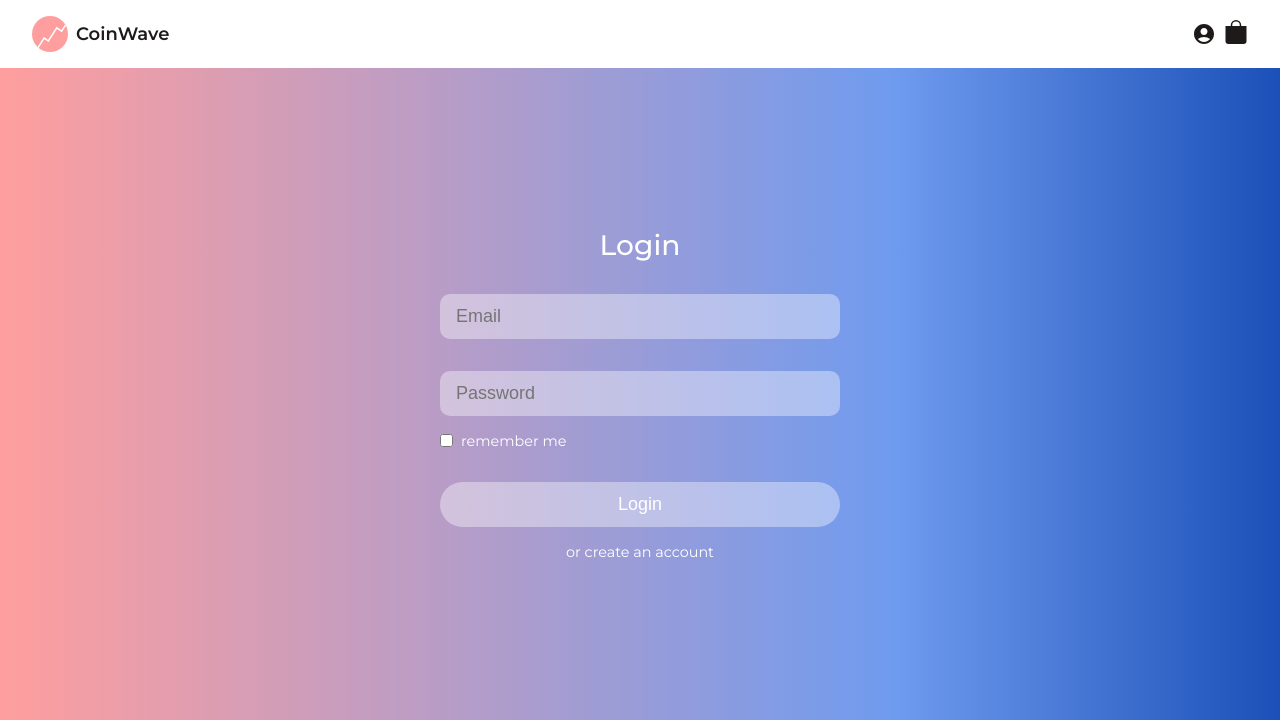
Repository: David-Waite/CoinWave
Page: /login
The author's editor kept a copy of each file at every save. The page is drawn from the files as they stood at one save, then again after the next save.
The browser window is 1280 px wide. The pictures show the whole page.
The project was rebuilt for these pictures with package versions that can differ from the ones it lists, and the page was loaded fresh each time. The framework's server and built-in components were replaced by stand-ins that run in the browser. Also part of the build but not shown: next.config.js, app/components/Footer/Footer.module.css, app/components/Footer/Footer.js.

Above is the page before, as saved 2023-10-04 15:16:10.

### app/layout.js
// layout
import Nav from "./components/Nav/Nav";
import "./globals.css";
import { CartProvider } from "../context/cart";
import { Montserrat } from "next/font/google";
import Footer from "./components/Footer/Footer";
import {
  SessionTokenContext,
  SessionTokenProvider,
} from "@/context/sessionToken";

// font imported by google fonts

const montserrat = Montserrat({ subsets: ["latin"] });
export const metadata = {
  title: "Coin Wave",
  description: "Generated by create next app",
};

// wraps the nav on top of each page
export default function RootLayout({ children }) {
  return (
    <SessionTokenProvider>
      <CartProvider>
        <html lang="en">
          <body className={montserrat.className}>
            <Nav />
            {children}
          </body>
        </html>
      </CartProvider>
    </SessionTokenProvider>
  );
}

### app/login/page.js
"use client";

// login page
import styles from "./login.module.css";
import { useState } from "react";
import { useRouter } from "next/navigation";
import Link from "next/link";
import axios from "axios";

export default function Login() {
  // form data saved in form
  const [token, setToken] = useState("");
  const [formData, setFormData] = useState({
    email: "",
    password: "",
    rememberMe: false,
  });

  const router = useRouter();

  // updates form state baced on input changes
  function handleChange(event) {
    const { type, name, value, checked } = event.target;
    setFormData((prevFormData) => {
      return {
        ...prevFormData,
        [name]: type === "checkbox" ? checked : value,
      };
    });
  }

  //function to be returned when login button is pressed
  function login() {
    const password = formData.password;
    const username = formData.email;
    axios
      .post("http://127.0.0.1:8000/login/", { username, password })
      .then((response) => {
        setToken(response.data.token);
        alert("User logged in successfully");
      })
      .catch((error) => alert(error.response.data.detail));
  }

  function whoami() {
    axios
      .get("http://127.0.0.1:8000/whoami/", {
        headers: { Authorization: `Bearer ${token}` },
      })
      .then((response) =>
        alert(`You are logged in as ${response.data.username}`)
      )
      .catch((error) => alert("You are not logged in"));
  }

  function handleSubmit(event) {
    event.preventDefault();

    login();
    whoami();
  }

  //jsx to be returned
  return (
    <main className={styles.main}>
      <form onSubmit={handleSubmit}>
        <h1 className={styles.title}>Login</h1>
        <input
          className={styles.email}
          type="email"
          placeholder="Email"
          onChange={handleChange}
          name="email"
          value={formData.email}
        />
        <input
          className={styles.password}
          type="password"
          placeholder="Password"
          onChange={handleChange}
          name="password"
          value={formData.password}
        />

        <div className={styles.rememberMeContainer}>
          <input
            className={styles.rememberMeCheckbox}
            type="checkbox"
            id="rememberMe"
            checked={formData.rememberMe}
            onChange={handleChange}
            name="rememberMe"
          />
          <label className={styles.rememberMeText} htmlFor="rememberMe">
            remember me
          </label>
        </div>

        <button className={styles.loginBtn}>Login</button>
        <Link className={styles.signUp} href={"/signUp"}>
          or create an account
        </Link>
      </form>
    </main>
  );
}

### app/components/Nav/Nav.js
"use client";

// nav bar
import styles from "./nav.module.css";
import Link from "next/link";
import { MdAccountCircle } from "react-icons/md";
import { BsBagFill } from "react-icons/bs";
import { useContext, useEffect, useState } from "react";
import { CartContext } from "@/context/cart";

export default function Nav() {
  // imports cart items to get account of items in cart to display in nav

  const [cartItemAmount, setCartItemsAmount] = useState();
  const { cartItems } = useContext(CartContext);

  useEffect(() => {
    setCartItemsAmount(cartItems.length);
  }, [cartItems]);

  // jsx for nar bar
  return (
    <nav className={styles.main}>
      <Link className={styles.homeLink} href="/">
        <svg
          width="36"
          height="36"
          viewBox="0 0 36 36"
          fill="none"
          xmlns="http://www.w3.org/2000/svg"
        >
          <circle cx="18" cy="18" r="18" fill="#FF9E9E" />
          <mask
            id="mask0_7_9"
            style={{ maskType: "alpha" }}
            maskUnits="userSpaceOnUse"
            x="0"
            y="0"
            width="36"
            height="36"
          >
            <path
              d="M36 18C36 27.9411 27.9411 36 18 36C8.05887 36 0 27.9411 0 18C0 8.05887 8.05887 0 18 0C27.9411 0 36 8.05887 36 18Z"
              fill="#FF9E9E"
            />
          </mask>
          <g mask="url(#mask0_7_9)">
            <path
              d="M2.13416 37.6684L12.0865 22.0755L16.3706 24.9865L24.7305 11.8885L29.6267 15.2153L36.3942 4.61218"
              stroke="white"
              strokeWidth="1.5"
            />
          </g>
        </svg>
        CoinWave
      </Link>
      <div className={styles.icons}>
        <Link className={styles.loginLink} href="/login">
          <MdAccountCircle size={24} />
        </Link>
        <Link href="/cart" className={styles.bagIcon}>
          <div>
            {cartItemAmount >= 1 && (
              <div className={styles.cartAmount}>
                <p>{cartItemAmount}</p>
              </div>
            )}

            <BsBagFill size={24} />
          </div>
        </Link>
      </div>
    </nav>
  );
}

### app/globals.css
:root {
  --primary: #fc9d9f;
  --primaryHover: #ff8b8d;
  --black: #1e1a1a;
}

* {
  margin: 0;
  padding: 0;
  box-sizing: border-box;
}

### context/cart.js
"use client";

// content cart
import { createContext, useState, useEffect } from "react";

export const CartContext = createContext();

export const CartProvider = ({ children }) => {
  // check localstorage for cart
  const [cartItems, setCartItems] = useState(() => {
    if (typeof window !== "undefined") {
      return localStorage.getItem("cartItems")
        ? JSON.parse(localStorage.getItem("cartItems"))
        : [];
    }
  });

  // add to cart function
  const addToCart = (item) => {
    const isItemInCart = cartItems.find((cartItem) => cartItem.id === item.id);

    if (isItemInCart) {
      setCartItems(
        cartItems.map((cartItem) =>
          cartItem.id === item.id
            ? { ...cartItem, quantity: cartItem.quantity + 1 }
            : cartItem
        )
      );
    } else {
      setCartItems([...cartItems, { ...item, quantity: 1 }]);
    }
  };

  // update quantity function
  const updateQuantity = (id, quantity) => {
    const isItemInCart = cartItems.find((cartItem) => cartItem.id === id);

    if (isItemInCart) {
      setCartItems(
        cartItems.map((cartItem) =>
          cartItem.id === id ? { ...cartItem, quantity: quantity } : cartItem
        )
      );
    }
  };

  // remove form cart function
  const removeFromCart = (item) => {
    const isItemInCart = cartItems.find((cartItem) => cartItem.id === item.id);

    if (isItemInCart.quantity === 1) {
      setCartItems(cartItems.filter((cartItem) => cartItem.id !== item.id));
    } else {
      setCartItems(
        cartItems.map((cartItem) =>
          cartItem.id === item.id
            ? { ...cartItem, quantity: cartItem.quantity - 1 }
            : cartItem
        )
      );
    }
  };

  // clear cart function
  const clearCart = () => {
    setCartItems([]);
  };

  // gets cart total function
  const getCartTotal = () => {
    return cartItems.reduce(
      (total, item) => total + item.price * item.quantity,
      0
    );
  };

  // useeffect to get set localStage
  useEffect(() => {
    if (typeof window !== "undefined") {
      localStorage.setItem("cartItems", JSON.stringify(cartItems));
    }
  }, [cartItems]);
  // useeffect to get set localStage
  useEffect(() => {
    if (typeof window !== "undefined") {
      const cartItems = localStorage.getItem("cartItems");
      if (cartItems) {
        setCartItems(JSON.parse(cartItems));
      }
    }
  }, []);

  return (
    <CartContext.Provider
      value={{
        cartItems,
        addToCart,
        updateQuantity,
        removeFromCart,
        clearCart,
        getCartTotal,
      }}
    >
      {children}
    </CartContext.Provider>
  );
};

### context/sessionToken.js
"use client";

// content cart
import { createContext, useState } from "react";

export const SessionTokenContext = createContext();

export const SessionTokenProvider = ({ children }) => {
  // check localstorage for cart
  const [sessionToken, setSessionToken] = useState("");

  const updateToken = (token) => {
    setSessionToken(token);
  };
  return (
    <SessionTokenContext.Provider
      value={{
        sessionToken,
        updateToken,
      }}
    >
      {children}
    </SessionTokenContext.Provider>
  );
};

### app/login/login.module.css
.main {
  background: linear-gradient(90deg, #ff9e9e 0%, #6f9bef 69.85%, #1b50b8 100%);
  min-height: calc(100vh - 68px);
  display: flex;
  flex-direction: column;
  align-items: center;
  justify-content: center;
}

.main form {
  display: flex;
  flex-direction: column;
  gap: 32px;
  justify-content: center;
  max-width: 400px;
  width: 100%;
}

.title {
  color: white;
  text-align: center;
  font-weight: 500;
  font-size: 28.13px;
}

.rememberMeContainer {
  margin-top: -16px;
  display: flex;
  align-items: center;
  gap: 8px;
}

.rememberMeCheckbox {
  background-color: grey;
}

.rememberMeText {
  font-size: 14.4px;
  color: white;
}
.email,
.password {
  color: var(--black);
  border: none;
  padding: 12px 16px;
  font-size: 18px;
  border-radius: 10px;
  background-color: rgba(255, 255, 255, 0.38);
}

.loginBtn {
  border: none;
  padding: 12px 16px;
  border-radius: 50px;
  font-size: 18px;
  background-color: rgba(255, 255, 255, 0.38);
  cursor: pointer;
  color: white;
  transition: 0.5s;
  max-width: none;
}
.loginBtn:hover {
  background-color: white;
  color: var(--black);
}

.signUp {
  font-size: 14.4px;
  color: white;
  text-align: center;
  text-decoration: none;
  cursor: pointer;
  margin-top: -16px;
}

@media (max-width: 778px) {
  .main {
    min-height: calc(100vh - 68px);
  }
  .rememberMeText {
    font-size: 12.8px;
  }
  .title {
    font-size: 25px;
  }

  .loginBtn,
  .email,
  .password {
    font-size: 16px;
  }
}

@media (max-width: 432px) {
  .main form {
    margin: 16px;
    width: calc(100% - 32px);
  }
}

### app/components/Nav/nav.module.css
.main {
  display: flex;
  align-items: center;
  justify-content: space-between;
  padding: 16px 60px;
  box-shadow: rgba(0, 0, 0, 0.05) 0px 6px 24px 0px,
    rgba(0, 0, 0, 0.08) 0px 0px 0px 1px;
}

.homeLink {
  display: flex;
  align-items: center;
  gap: 8px;
  text-decoration: none;
  font-size: 18px;
  color: var(--black);
  font-weight: 600;
}

.loginLink {
  display: flex;
  align-items: center;
  gap: 4px;
  font-size: 18px;
  text-decoration: none;
  color: var(--black);
  font-weight: 500;
}

.icons {
  display: flex;
  align-items: center;
  gap: 8px;
}
.bagIcon {
  position: relative;
  text-decoration: none;
  color: var(--black);
  cursor: pointer;
}
.cartAmount {
  position: absolute;
  background-color: red;
  height: 16px;
  width: 16px;
  right: -7px;
  top: -3px;
  display: flex;
  align-items: center;
  justify-content: center;
  color: white;

  border-radius: 50%;
}

.cartAmount p {
  font-size: 10px;
  font-weight: 500;
}

@media (max-width: 1600px) {
  .main {
    padding: 16px 32px;
  }
}
@media (max-width: 778px) {
  .main {
    padding: 16px;
  }
  .loginLink,
  .homeLink {
    font-size: 16px;
  }
}

After the next save:
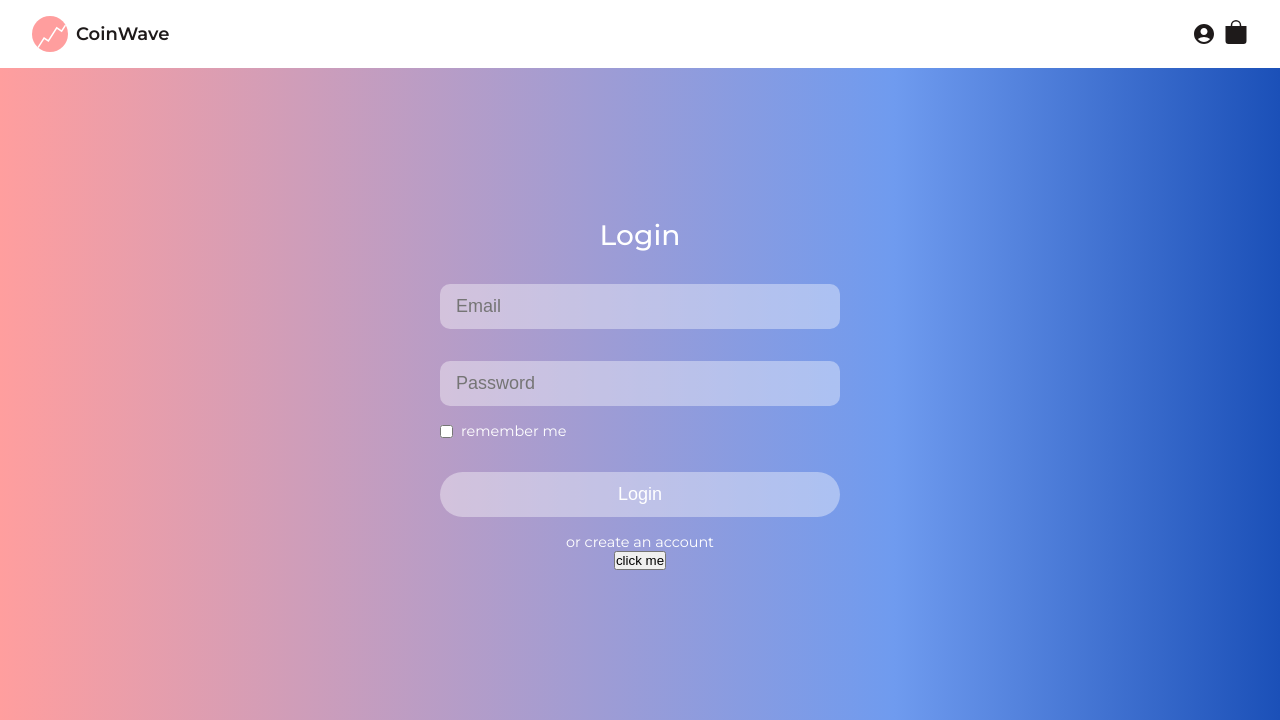
Saved 37 s later.
--- a/app/login/page.js
+++ b/app/login/page.js
@@ -57,7 +57,6 @@ export default function Login() {
     event.preventDefault();
 
     login();
-    whoami();
   }
 
   //jsx to be returned
@@ -101,6 +100,8 @@ export default function Login() {
           or create an account
         </Link>
       </form>
+
+      <button onClick={whoami}>click me</button>
     </main>
   );
 }
